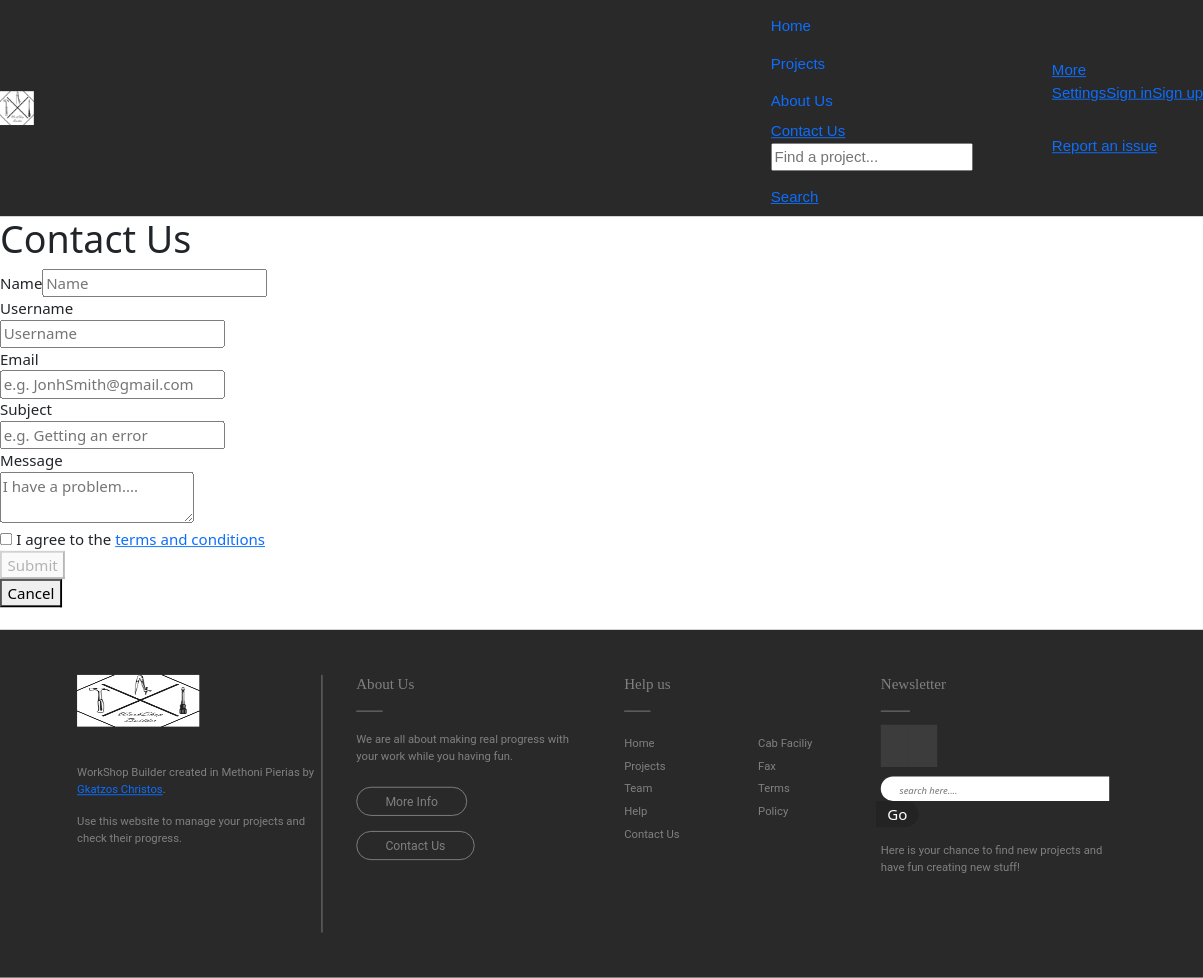
Repository: GkatzosChristos/workshop-builder-ui
Page: /contactUs (app in workshop-builder-ui/)
These files come from the project's save history. The page is drawn as it stood at one moment and after the next save; the edit follows.
The browser window is 1280 px wide. The pictures show the whole page, at 94% of full size.
The project was rebuilt for these pictures with package versions that can differ from the ones it lists, and the page was loaded fresh each time. Also part of the build but not shown: workshop-builder-ui/angular.json, workshop-builder-ui/src/app/about-us/about-us.component.ts, workshop-builder-ui/src/app/home/home.component.ts, workshop-builder-ui/src/app/project/project.component.ts.

Above is the page before, as saved 2021-08-27 16:42:04.

### workshop-builder-ui/src/index.html
<!doctype html>
<html lang="en">
<head>
  <meta charset="utf-8">
  <title>WorkshopBuilderUI</title>
  <base href="/">
  <meta name="viewport" content="width=device-width, initial-scale=1">
  <link rel="icon" type="image/x-icon" href="favicon.ico">
</head>

<body>
  <app-root></app-root>
</body>

</html>

### workshop-builder-ui/src/app/app.module.ts
import { NgModule } from '@angular/core';
import { BrowserModule } from '@angular/platform-browser';
import { FormsModule } from '@angular/forms';
import { AppRoutingModule } from './app-routing.module';
import { AppComponent } from './app.component';
import { HeaderComponent } from './header/header.component';
import { FooterComponent } from './footer/footer.component';
import { ContactUsComponent } from './contact-us/contact-us.component';
import { AboutUsComponent } from './about-us/about-us.component';
import { ProjectsComponent } from './project/project.component';
import { HomeComponent } from './home/home.component';

@NgModule({
  declarations: [
    AppComponent,
    HeaderComponent,
    FooterComponent,
    ContactUsComponent,
    AboutUsComponent,
    ProjectsComponent,
    HomeComponent
  ],
  imports: [
    BrowserModule,
    AppRoutingModule,
    FormsModule
  ],
  providers: [],
  bootstrap: [AppComponent]
})
export class AppModule { }

### workshop-builder-ui/src/app/app-routing.module.ts
import { NgModule } from '@angular/core';
import { RouterModule, Routes } from '@angular/router';
import { AboutUsComponent } from './about-us/about-us.component';
import { ContactUsComponent } from './contact-us/contact-us.component';
import { HomeComponent } from './home/home.component';
import { ProjectsComponent } from './project/project.component';

const routes: Routes = [
  {
    path: '',
    component: HomeComponent
  },
  {
    path: 'contactUs',
    component: ContactUsComponent
  },
  {
    path: 'aboutUs',
    component: AboutUsComponent
  },
  {
    path: 'projects',
    component: ProjectsComponent
  },
];

@NgModule({
  imports: [RouterModule.forRoot(routes)],
  exports: [RouterModule]
})
export class AppRoutingModule { }

### workshop-builder-ui/src/app/app.component.ts
import { Component } from '@angular/core';

@Component({
  selector: 'app-root',
  templateUrl: './app.component.html',
  styleUrls: ['./app.component.scss']
})
export class AppComponent {
  title = 'workshop-builder-ui';
}

### workshop-builder-ui/src/app/contact-us/contact-us.component.ts
import { Component, OnInit } from '@angular/core';
import { FormGroup } from '@angular/forms';

@Component({
  selector: 'app-contact-us',
  templateUrl: 'contact-us.html',
  styles: [
  ]
})
export class ContactUsComponent implements OnInit {
  name: string='';
  username: string='';
  email: string='';
  subject: string='';
  message: string='';


  constructor() { }

  ngOnInit(): void {
  }

  submitForm(){
    const result = `${this.name}, your submission was successful! We will contact you at ${this.email} as soon as possible!`;
    alert(result);
  }

  onReset(){
    location.reload();
  }

}

### workshop-builder-ui/src/app/header/header.component.html
<head>
    <title>header</title>
    <meta charset="utf-8">
</head>
<header>
    <nav class="navbar" role="navigation" aria-label="main navigation">
        <div class="navbar-brand">
            <a class="navbar-item" routerLink="/">
                <img src="/assets/images/workshop_logo.jpg" alt="WorkShop Builder">
            </a>
        </div>
        <div id="collapse navbar-collapse" class="navbar-menu has-text-centered">
            <ul class="navbar-nav me-auto my-2 my-lg-0 navbar-nav-scroll">
                <li class="nav-item">
                    <a class="nav-link" routerLink="/"><i class="fa fa-home mr-1"
                            aria-hidden="true"></i>Home</a>
                </li>
                <li class="nav-item">
                    <a class="nav-link" routerLink="/projects"><i class="fa fa-tasks mr-1"
                            aria-hidden="true"></i>Projects</a>
                </li>
                <li class="nav-item">
                    <a class="nav-link" routerLink="/aboutUs"><i class="fa fa-building mr-1"
                            aria-hidden="true"></i>About Us</a>
                </li>
                <li class="nav-item">
                    <a class="navbar-item has-text-white " routerLink="/contactUs"><i class="fa fa-envelope mr-1"
                            aria-hidden="true"></i>Contact Us</a>
                </li>
            </ul>

            <div class="control has-addons">
                <p class="control is-expanded"><input class="input" type="text" placeholder="Find a project..."></p>
            </div>
            <div class="control">
                <a class="button is-light is-outlined">
                    Search
                </a>
            </div>
        </div>
        <div class="navbar-end">
            <div class="navbar-item has-dropdown is-hoverable">
                <a class="navbar-link has-text-white">
                    More
                </a>
                <div class="navbar-dropdown is-right has-background-dark ">
                    <a class="navbar-item has-text-white" href="#"><i class="fa fa-cog mr-1"
                            aria-hidden="true"></i>Settings</a>
                    <a class="navbar-item has-text-white" href="#"><i class="fa fa-sign-in mr-1"
                            aria-hidden="true"></i>Sign in</a>
                    <a class="navbar-item has-text-white" href="#"><i class="fa fa-user-plus mr-1"
                            aria-hidden="true"></i>Sign up</a>
                    <hr class="navbar-divider">
                    <a class="navbar-item has-text-white" href="/contactUs"><i class="fa fa-exclamation-triangle mr-1"
                            aria-hidden="true"></i>Report an issue</a>
                </div>
            </div>
        </div>
    </nav>
</header>

### workshop-builder-ui/src/app/header/header.component.scss
img {
    height: 5%;
    width: 5%;
}

nav {
    background: #292929;
}

header {
    font-family: 'Signika', sans-serif;
 }

### workshop-builder-ui/src/app/footer/footer.component.html
<head>
    <title>Footer</title>
    <meta charset="utf-8">
</head>
<footer class="container-fluid bg-grey py-5">
    <div class="container">
        <div class="row">
            <div class="col-md-6">
                <div class="row">
                    <div class="col-md-6 ">
                        <div class="logo-part">
                            <img src="/assets/images/workshop_logo.jpg" class="w-50 logo-footer">
                            <p>WorkShop Builder created in Methoni Pierias by <a
                                    href="https://www.linkedin.com/in/christos-gkatzos/">Gkatzos Christos</a>.</p>
                            <p>Use this website to manage your projects and check their progress.</p>
                        </div>
                    </div>
                    <div class="col-md-6 px-4">
                        <h6> About Us</h6>
                        <p>We are all about making real progress with your work while you having fun.</p>
                        <a href="#" class="btn-footer"> More Info </a><br>
                        <a href="#" class="btn-footer"> Contact Us</a>
                    </div>
                </div>
            </div>
            <div class="col-md-6">
                <div class="row">
                    <div class="col-md-6 px-4">
                        <h6> Help us</h6>
                        <div class="row ">
                            <div class="col-md-6">
                                <ul>
                                    <li> <a href="#"> Home</a> </li>
                                    <li> <a href="#"> Projects</a> </li>
                                    <li> <a href="#"> Team</a> </li>
                                    <li> <a href="#"> Help</a> </li>
                                    <li> <a href="#"> Contact Us</a> </li>
                                </ul>
                            </div>
                            <div class="col-md-6 px-4">
                                <ul>
                                    <li> <a href="#"> Cab Faciliy</a> </li>
                                    <li> <a href="#"> Fax</a> </li>
                                    <li> <a href="#"> Terms</a> </li>
                                    <li> <a href="#"> Policy</a> </li>
                                </ul>
                            </div>
                        </div>
                    </div>
                    <div class="col-md-6 ">
                        <h6> Newsletter</h6>
                        <div class="social">
                            <a href="#"><i class="fa fa-facebook mr-1" aria-hidden="true"></i></a>
                            <a href="#"><i class="fa fa-instagram" aria-hidden="true"></i></a>
                        </div>
                        <form class="form-footer my-3">
                            <input type="text" placeholder="search here...." name="search">
                            <input type="button" value="Go">
                        </form>
                        <p>Here is your chance to find new projects and have fun creating new stuff!</p>
                    </div>
                </div>
            </div>
        </div>
    </div>
</footer>

### workshop-builder-ui/src/app/footer/footer.component.scss
body {
    font-family: 'Signika', sans-serif;
 }
 .bg-grey {
    background: #292929;
 }
 .logo-footer {
    margin-bottom: 40px;
 }
 footer {
    color: grey;
 }
 footer p, a {
    font-size: 12px;
    font-family: 'Roboto', sans-serif;
}
footer h6 {
    font-family: 'Playfair Display', serif;
    margin-bottom: 40px;
    position: relative;
}
footer h6:after {
    position: absolute;
    content: "";
    background: grey;
    width: 12%;
    height: 1px;
    left: 0;
    bottom: -20px;
}
.btn-footer {
    color: grey;
    text-decoration: none;
    border: 1px solid;
    border-radius: 43px;
    font-size: 13px;
    padding: 7px 30px;
    line-height: 47px;
 }

 .btn-footer:hover {
    text-decoration: none;
 }

.form-footer input[type="text"] {
    border: none;
    border-radius: 16px 0 0 16px;
    outline: none;
    padding-left: 10px;
}

::placeholder {
    font-size: 10px;
    padding-left: 10px;
    font-style: italic;
}

.form-footer input[type="button"] {
    border: none;
    background:#232323;
    margin-left: -5px;
    color: #fff;
    outline: none;
    border-radius: 0 16px 16px 0;
    padding: 2px 12px;
}

.social .fa {
    color: grey;
    font-size: 22px;
    padding: 10px 15px;
    background: #3c3c3c;
}

footer ul li {
    list-style: none;
    display: block;
}

footer ul  {
    padding-left: 0;
}
footer ul  li a{
    text-decoration: none;
    color: grey;
    text-decoration:none;
}

a:hover {
    text-decoration: none;
    color: #f5f5f5 !important;
}

.logo-part {
    border-right: 1px solid grey;
    height: 100%;
}

img {
    height: 20%;
    width: 20%;
}

### workshop-builder-ui/src/app/contact-us/contact-us.html
<h1 class="title has-text-centered">Contact Us</h1>
<body>
  <section>
      <form (ngSubmit)="submitForm()" #contactForm="ngForm">
        <div class="field">
        <div class="field">
          <label class="label has-text-centered">Name</label>
          <input
            class="input"
            type="text"
            name="name"
            placeholder="Name"
            [(ngModel)]="name"
            #nameInput="ngModel"
            required>
            <div class="help is-error" *ngIf="nameInput.invalid && nameInput.touched">
                <p class="help is-danger">This username is required!</p>
            </div>
            <div class="help is-error" *ngIf="nameInput.valid && nameInput.dirty">
                <p class="help is-success">This username is Availible!</p>
            </div>
        </div>
        <div class="field column is-4">
          <label class="label has-text-centered">Username</label>
          <div class="control has-icons-left has-icons-right">
            <input
              class="input"
              type="text"
              name="usename"
              placeholder="Username"
              [(ngModel)]="username"
              #usernameInput="ngModel"
              required>
            <span class="icon is-small is-left">
              <i class="fa fa-user"></i>
            </span>
            <div class="help is-error" *ngIf="usernameInput.invalid && usernameInput.touched">
                <p class="help is-danger">This username is required!</p>
            </div>
            <div class="help is-error" *ngIf="usernameInput.valid && usernameInput.dirty">
                <p class="help is-success">This username is Availible!</p>
            </div>
          </div>
        </div>

        <div class="field column is-4">
          <label class="label has-text-centered">Email</label>
          <div class="control has-icons-left">
            <input
              class="input"
              type="email"
              name="email"
              placeholder="e.g. JonhSmith@gmail.com"
              #emailInput="ngModel"
              [(ngModel)]="email"
              required
              email>
            <span class="icon is-small is-left">
              <i class="fa fa-envelope"></i>
            </span>
            <div class="help is-error is-danger" *ngIf="emailInput.invalid && emailInput.touched">
                <p class="help is-danger">The email required and must be valid!</p>
            </div>
            <div class="help is-error" *ngIf="emailInput.valid && emailInput.dirty">
                <p class="help is-success">This email is valid!</p>
            </div>
          </div>
        </div>

        <div class="field column is-4">
          <label class="label has-text-centered">Subject</label>
          <div class="control">
            <input class="input is-expand" type="text" name="subject" placeholder="e.g. Getting an error" [(ngModel)]="subject">
          </div>
        </div>

        <div class="field column is-4 ">
          <label class="label has-text-centered">Message</label>
          <div class="control">
            <textarea class="textarea" name="message" placeholder="I have a problem...." [(ngModel)]="message"></textarea>
          </div>
        </div>

        <div class="field">
          <div class="control">
            <label class="checkbox">
              <input type="checkbox"
              #checkboxInput>
              I agree to the <a href="#">terms and conditions</a>
            </label>
          </div>
        </div>

        <div class="field is-grouped mb-4 is-grouped-centered">
          <div class="control">
            <button class="button is-link" [disabled]="contactForm.invalid">Submit</button>
          </div>
          <div class="control">
            <button class="button is-link is-light" type="reset" (click)="onReset()" >Cancel</button>
          </div>
        </div>
        </div>
      </form>
  </section>
  </body>

Loaded but not shown: workshop-builder-ui/src/styles.scss (common file); workshop-builder-ui/src/main.ts (common file); workshop-builder-ui/src/environments/environment.ts (common file); workshop-builder-ui/src/app/header/header.component.ts (common file); workshop-builder-ui/src/app/footer/footer.component.ts (common file); workshop-builder-ui/src/app/app.component.html (common file); workshop-builder-ui/src/app/app.component.scss (no stored copy; drawn as an empty file); workshop-builder-ui/src/app/project/project.scss (no stored copy; drawn as an empty file)

After the next save:
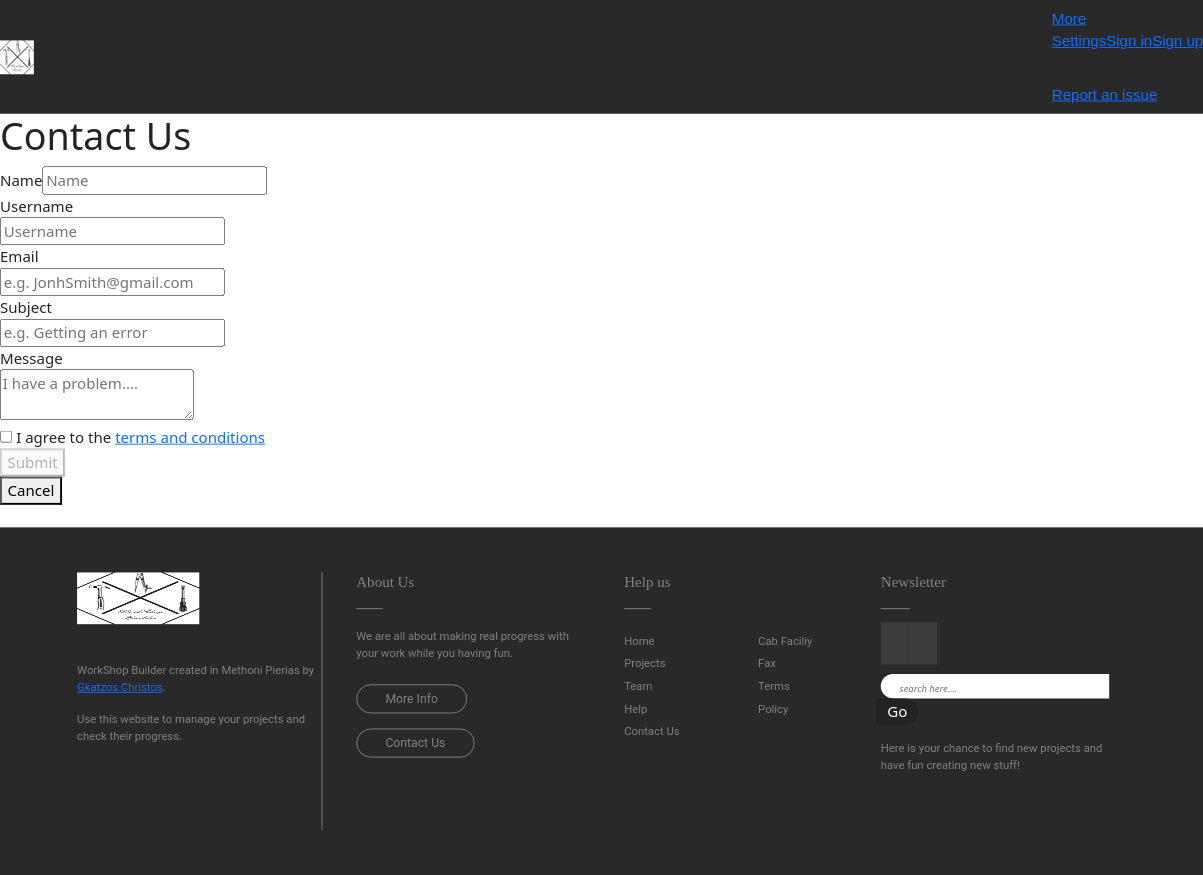
Saved 11 s later.
--- a/workshop-builder-ui/src/app/header/header.component.html
+++ b/workshop-builder-ui/src/app/header/header.component.html
@@ -9,7 +9,7 @@
                 <img src="/assets/images/workshop_logo.jpg" alt="WorkShop Builder">
             </a>
         </div>
-        <div id="collapse navbar-collapse" class="navbar-menu has-text-centered">
+        <div id="navbar" class="collapse navbar-collapse">
             <ul class="navbar-nav me-auto my-2 my-lg-0 navbar-nav-scroll">
                 <li class="nav-item">
                     <a class="nav-link" routerLink="/"><i class="fa fa-home mr-1"
